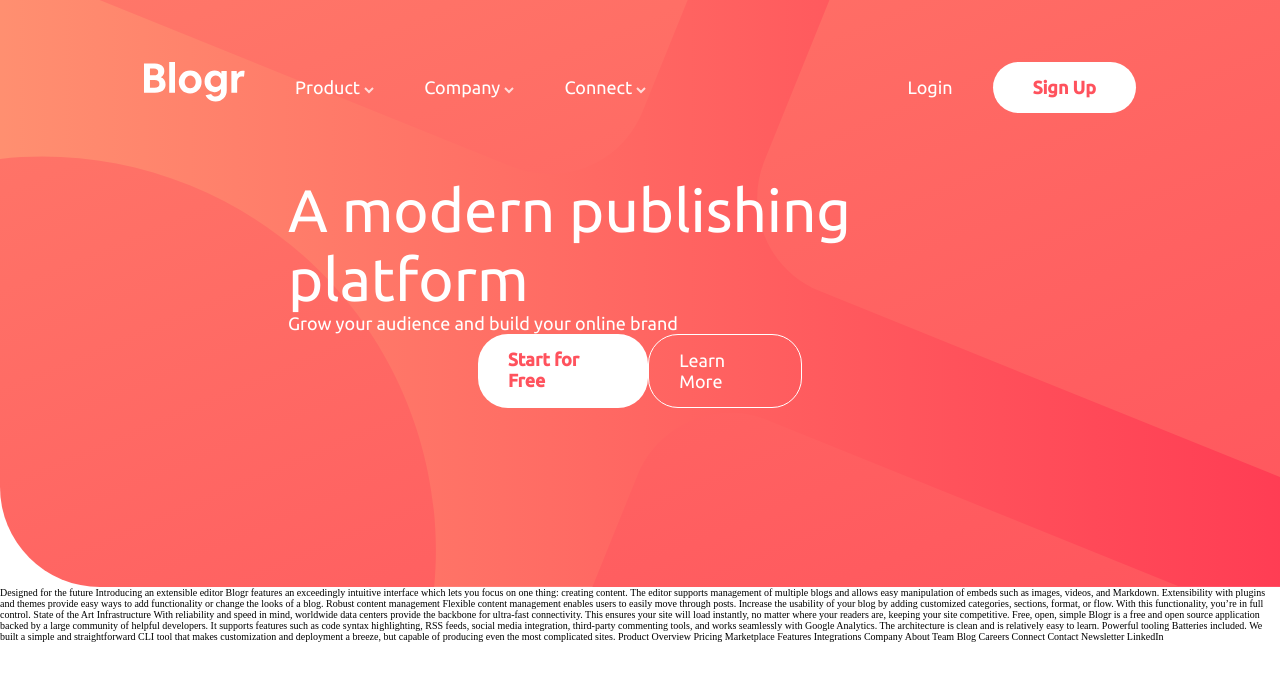
Repository: tomas938/tomaspage3
Page: index.html
The author's editor kept a copy of each file at every save. The page is drawn from the files as they stood at one save, then again after the next save.
The browser window is 1280 px wide. The pictures show the whole page.
The pointer rests on the first visible `.button--3`.
The style sheet was rebuilt from its Sass, Less or Tailwind sources for each picture, by a compiler version that may differ from the author's.

Above is the page before, as saved 2021-07-30 09:24:16.

After the next save:
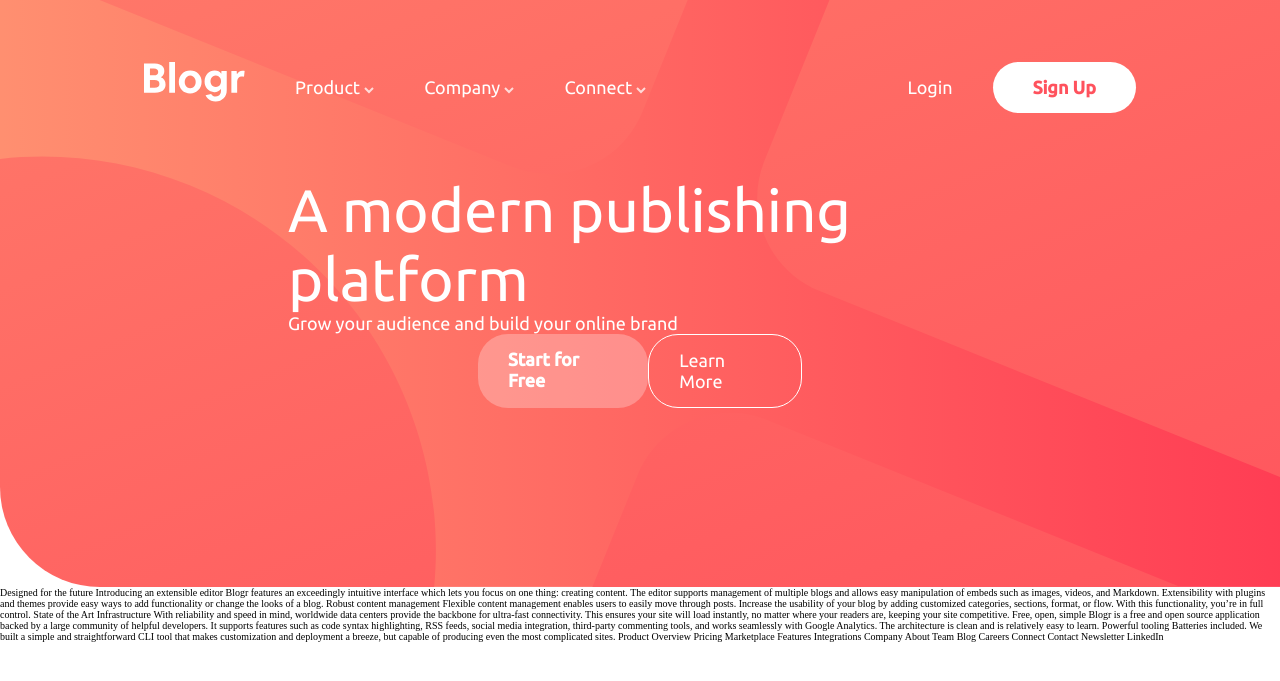
Saved 8 s later.
--- a/scss_partials/_intro.scss
+++ b/scss_partials/_intro.scss
@@ -76,7 +76,10 @@
 	transition: all 0.3s ease-in-out;
 	padding: 1.5rem 3rem;
 }
-
+.button--3:hover {
+	background-color: hsla(0, 0%, 100%, 0.267);
+	color: $white;
+}
 .button--4 {
 	border: 1px solid $white;
 	padding: 1.5rem 3rem;
